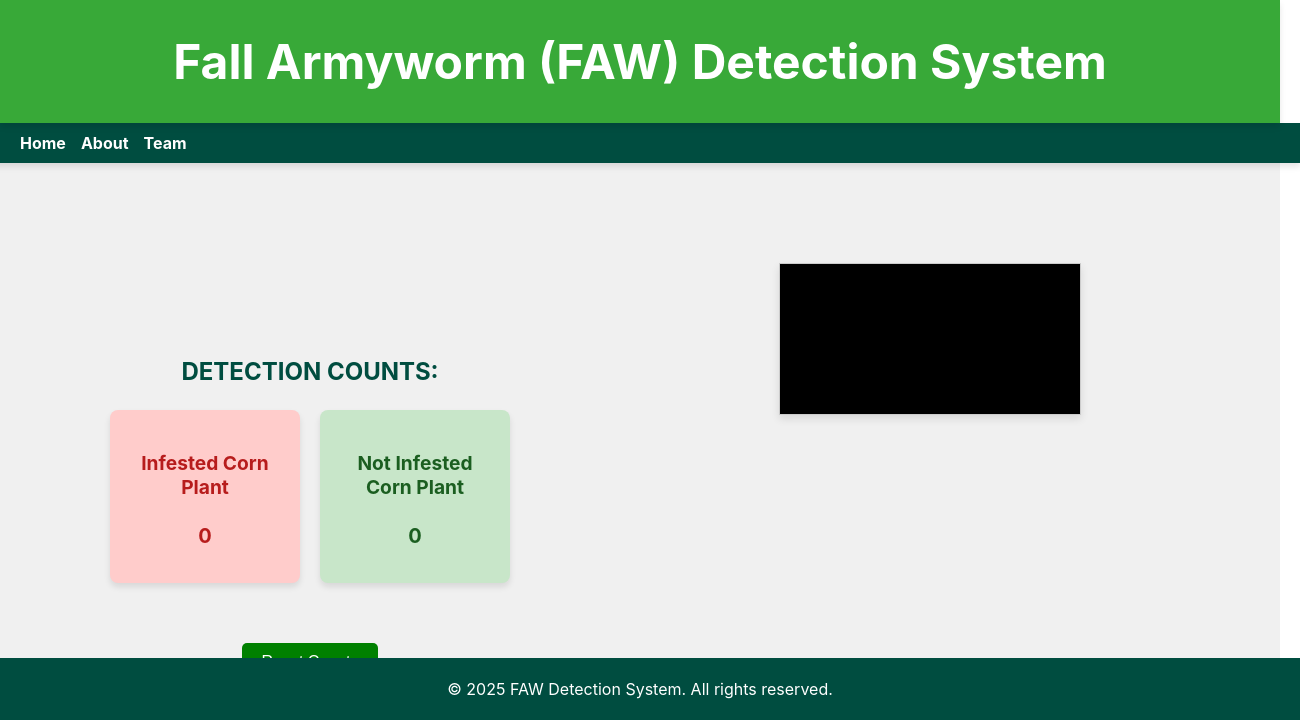
Repository: jansen223/faw-detection-main
Page: /
The author's editor kept a copy of each file at every save. The page is drawn from the files as they stood at one save, then again after the next save.
The browser window is 1280 px wide. The page is 1300 px wide, so the pictures cover 1300 px, including what lies to the right of the window. The pictures show the whole page.
The page's requests for data from a server got no answer. The project was rebuilt for these pictures with package versions that can differ from the ones it lists, and the page was loaded fresh each time. No one was signed in, and anything a server would have sent is missing.

Above is the page before, as saved 2025-04-10 01:35:31.

After the next save:
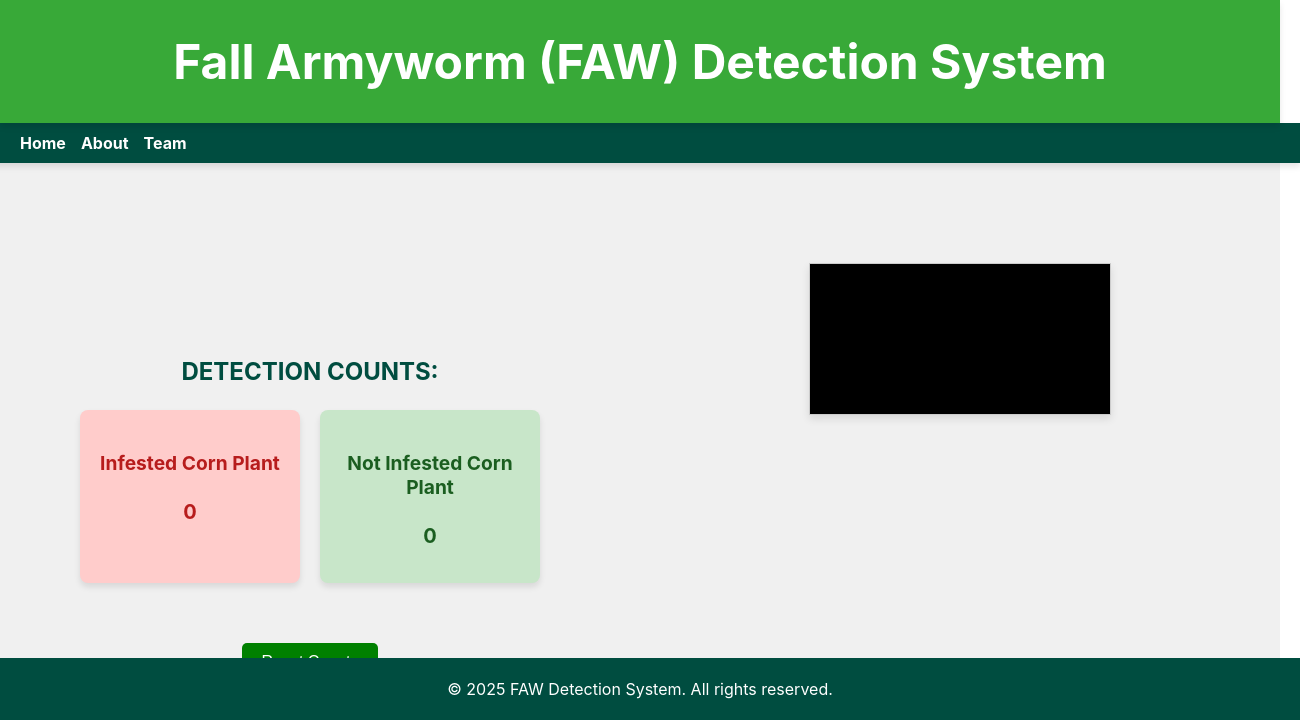
Saved 59 s later.
--- a/src/App.css
+++ b/src/App.css
@@ -206,7 +206,7 @@ canvas {
 
 .detection-section {
   flex: 1;
-  max-width: 400px; /* Optional: Limit the width of the detection section */
+  max-width: 500px; /* Optional: Limit the width of the detection section */
   text-align: center; /* Centers the content inside the detection section */
   margin-top: 150px;
   margin-left: 60px;
